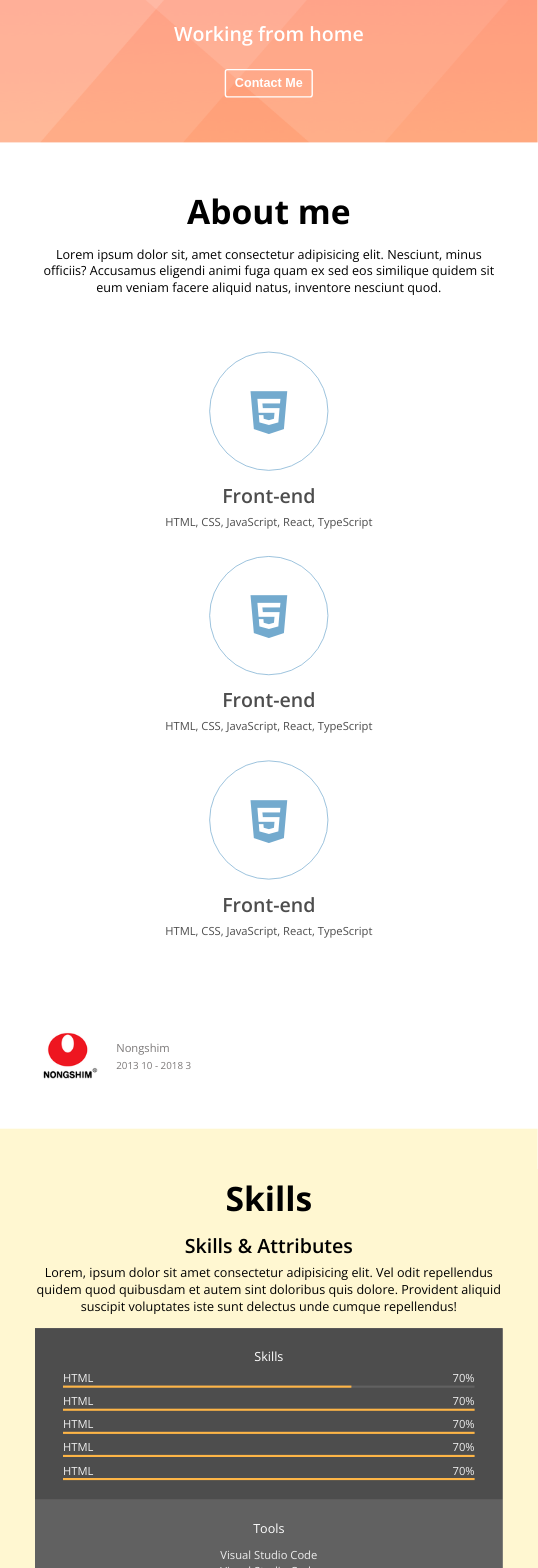
Repository: beomsu9696/Dream_Coding_Academy4
Page: index.html
An editor plug-in stored every save of this project. The page is shown before and after the next save, followed by the edit.
The browser window is 768 px wide. The pictures show the part of the page from y = 508 to 2748 px (the page is 5775 px tall before and 5387 px after), at 70% of full size.
Some web libraries are served in a nearby version.

Above is the page before, as saved 2021-01-26 21:37:55.

After the next save:
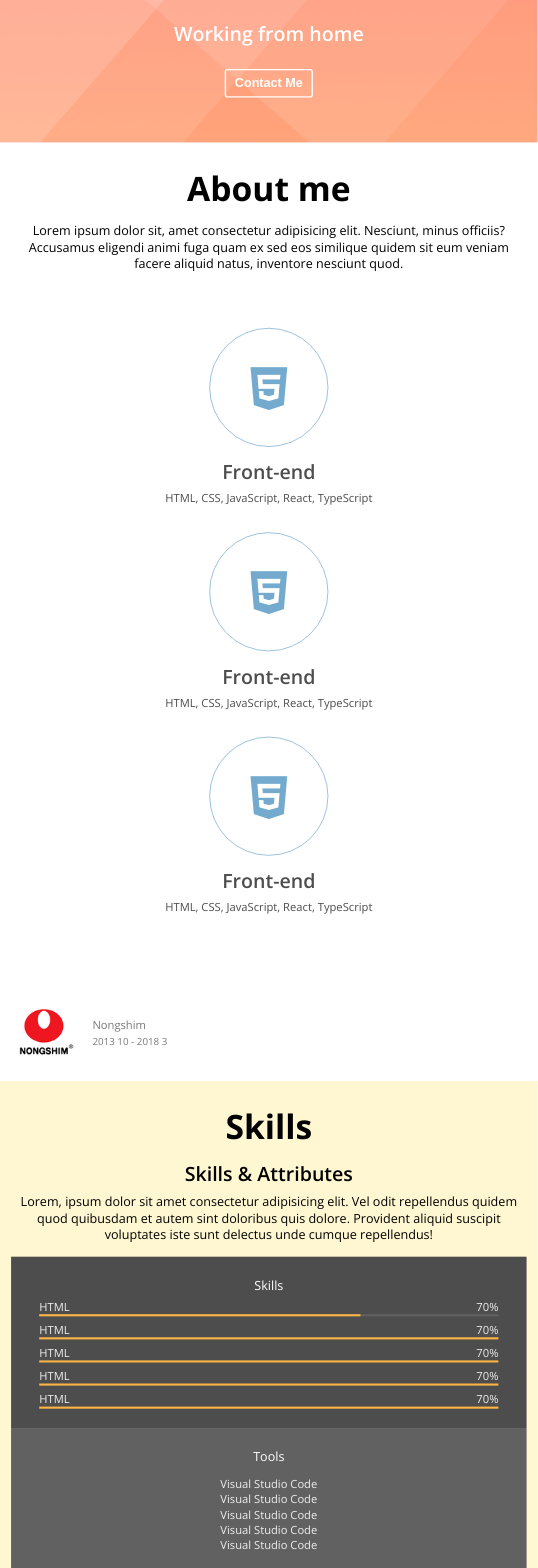
Saved 16 s later.
--- a/style.css
+++ b/style.css
@@ -526,6 +526,10 @@
     display: block;
   }
 
+  .section {
+    padding: 16px;
+  }
+
   .about__majors {
     flex-direction: column;
   }
